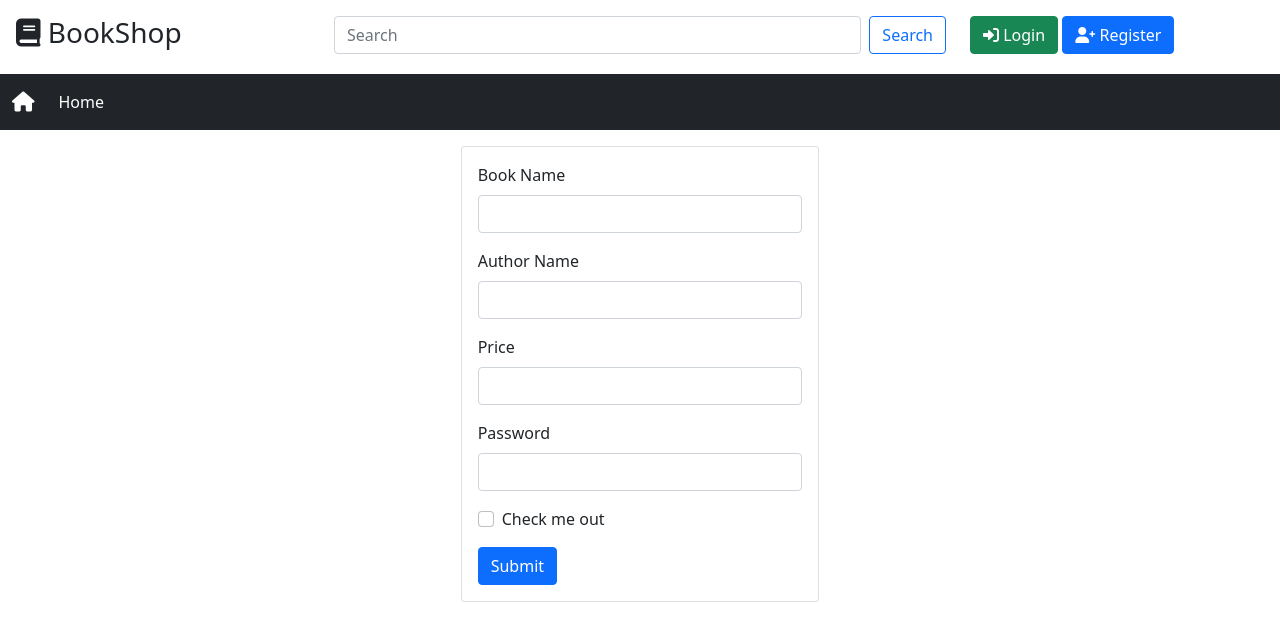
Repository: Abhishekverma23797/BookShopApp
Page: http://localhost/Ebook-App/Admin/add_books.jsp
The author's editor kept a copy of each file at every save. The page is drawn from the files as they stood at one save, then again after the next save.
The browser window is 1280 px wide. The pictures show the whole page.
The page is served by Tomcat 9.

Above is the page before, as saved 2021-12-09 09:31:24.

After the next save:
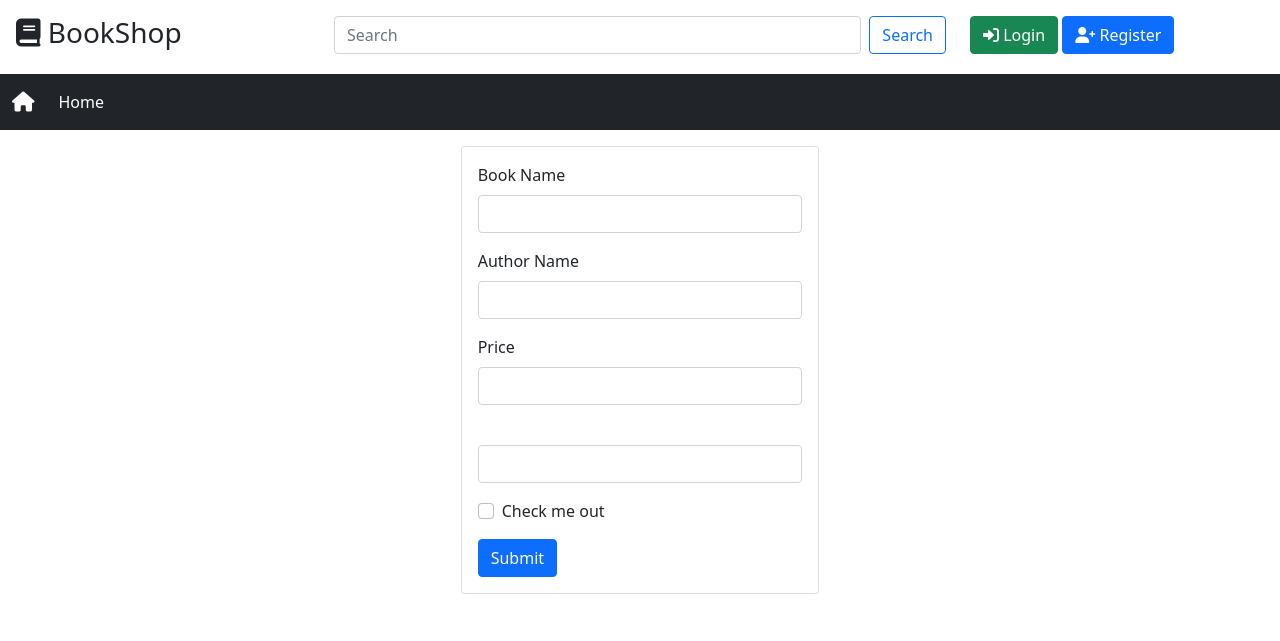
Saved 58 s later.
--- a/Ebook-App/src/main/webapp/Admin/add_books.jsp
+++ b/Ebook-App/src/main/webapp/Admin/add_books.jsp
@@ -25,7 +25,7 @@
 
 							</div>
 							<div class="mb-3">
-								<label for="exampleInputEmail1" class="form-label">Author Name</label> <input type="email" class="form-control"
+								<label for="exampleInputEmail1" class="form-label">Author Name</label> <input type="text" class="form-control"
 									id="exampleInputEmail1" aria-describedby="emailHelp"
 									required="required" name="author">
 
@@ -38,7 +38,7 @@
 
 							</div>
 							<div class="mb-3">
-								<label for="exampleInputPassword1" class="form-label">Password</label>
+								<label for="exampleInputPassword1" class="form-label"></label>
 								<input type="password" class="form-control"
 									id="exampleInputPassword1" required="required" name="password">
 							</div>
